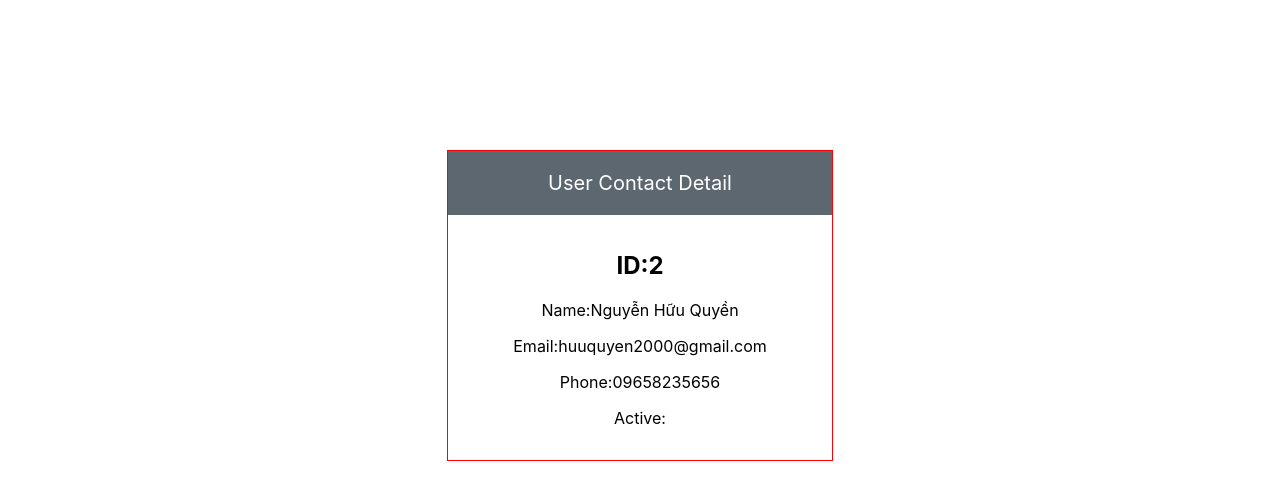
Repository: fdhhhdjd/Redux-Toolkit-CURD-Firebase
Page: /view/2
An editor plug-in stored every save of this project. The page is shown before and after the next save, followed by the edit.
The browser window is 1280 px wide. The pictures show the whole page.
The project was rebuilt for these pictures with package versions that can differ from the ones it lists, and the page was loaded fresh each time. Also part of the build but not shown: src/Styles/Home.css, src/Component/Home.js, src/Styles/AddEdit.css, src/Component/AddEdit.js.

Above is the page before, as saved 2021-10-24 21:52:45.

### src/index.js
import React from "react";
import ReactDOM from "react-dom";
import "./index.css";
import App from "./App";
import store from "./Redux/Store";
import { Provider } from "react-redux";
import * as serviceWorker from "./serviceWorker";

ReactDOM.render(
  <React.StrictMode>
    <Provider store={store}>
      <App />
    </Provider>
  </React.StrictMode>,
  document.getElementById("root")
);

// If you want your app to work offline and load faster, you can change
// unregister() to register() below. Note this comes with some pitfalls.
// Learn more about service workers: https://bit.ly/CRA-PWA
serviceWorker.unregister();

### src/App.js
import React from "react";
import "./App.css";
import { BrowserRouter, Switch, Route } from "react-router-dom";
import { ToastContainer } from "react-toastify";
import "react-toastify/dist/ReactToastify.css";
import { Home, View, AddEdit } from "./import/Index";
function App() {
  return (
    <>
      <BrowserRouter>
        <div className="App">
          <ToastContainer position="top-center" />
          <Switch>
            <Route exact path="/" component={Home} />
            <Route path="/add" component={AddEdit} />
            <Route path="/update/:id" component={AddEdit} />
            <Route path="/view/:id" component={View} />
          </Switch>
        </div>
      </BrowserRouter>
    </>
  );
}

export default App;

### src/Redux/Store.js
import { configureStore, createStore } from "@reduxjs/toolkit";
import logger from "redux-logger";
import thunk from "redux-thunk";
import { composeWithDevTools } from "redux-devtools-extension";
import ContactReducer from "./ContactSlice";
const middleware = [thunk];
if (process.env.NODE_ENV === "development") {
  middleware.push(logger);
}
const store = configureStore({
  reducer: {
    todos: ContactReducer,
    middleware: [logger],
  },
});

export default store;

### src/import/Index.js
export { default as Home } from "../Component/Home";
export { default as AddEdit } from "../Component/AddEdit";
export { default as View } from "../Component/View";

### src/Redux/ContactSlice.js
import { createSlice, createAsyncThunk } from "@reduxjs/toolkit";
import { v4 as uuidv4 } from "uuid";
import { nanoid } from "nanoid";
const initialState = {
  contacts: [
    {
      id: 1,
      name: "Nguyễn Tiến Tài",
      email: "nguyentientai10@gmai.com",
      phone: "0798805741",
      status: "Active",
    },
    {
      id: 2,
      name: "Nguyễn Hữu Quyền",
      email: "huuquyen2000@gmail.com",
      phone: "09658235656",
      status: "Inactive",
    },
    {
      id: 3,
      name: "Nguyễn Bảo Khang",
      email: "jbaokhangdesigner@gmail.com",
      phone: "0353263452",
      status: "Active",
    },
    {
      id: 4,
      name: "Bùi Huỳnh Quốc Trung	",
      email: "quoctrung@gmail.com",
      phone: "0348561815",
      status: "Inactive",
    },
    {
      id: 5,
      name: "Trần Phi Hoàng",
      email: "phihoang1@gmail.com",
      phone: "0936095986",
      status: "Active",
    },
  ],
  contact: {
    name: "",
    email: "",
    phone: "",
    status: "",
  },
};
const TodoSlice = createSlice({
  name: "todos",
  initialState,
  reducers: {
    getContact: (state, action) => {
      state.contact = state.contacts.find((item) => item.id == action.payload);
    },
    addContact: (state, action) => {
      const newData = { ...action.payload, id: uuidv4() };
      state.contacts = [...state.contacts, newData];
    },
    deleteContact: (state, action) => {
      state.contacts = state.contacts.filter(
        (item) => item.id !== action.payload
      );
    },
    updateContact: (state, action) => {
      state.contacts = state.contacts.map((item) =>
        item.id === action.payload.id ? action.payload : item
      );
    },
  },
});
const ContactReducer = TodoSlice.reducer;
export const { addContact, deleteContact, getContact, updateContact } =
  TodoSlice.actions;
export const GetTodo = (state) => state.todos;
export default ContactReducer;

### src/Component/View.js
import React, { useEffect, useState } from "react";
import { useParams } from "react-router";
import "../Styles/View.css";
import { Link } from "react-router-dom";
import { getContact, GetTodo } from "../Redux/ContactSlice";
import { useDispatch, useSelector } from "react-redux";

const View = () => {
  const [user, setUser] = useState({});
  const { contact } = useSelector(GetTodo);
  const { id } = useParams();
  const dispatch = useDispatch();
  useEffect(() => {
    dispatch(getContact(id));
    setUser({ ...contact });
  }, [id, contact]);

  return (
    <>
      <div style={{ marginTop: "150px" }}>
        <div className="card">
          <div className="card-header">
            <p>User Contact Detail</p>
          </div>
          {/* <div className="container">
            <strong>ID: </strong>
            <span>{id}</span>
            <br />
            <br />
            <strong>Name: </strong>
            <span>{user.name}</span>
            <br />
            <br />
            <strong>Email: </strong>
            <span>{user.email}</span>
            <br />
            <br />
            <strong>Status: </strong>
            <span>{user.status}</span>
            <br />
            <br />
            <strong>Phone: </strong>
            <span>{user.phone}</span>
            <br />
            <br />
            <Link to="/">
              <button className="btn btn-edit">Go Back</button>
            </Link>
          </div> */}
          <div class="col-wrap">
            <div class="col">
              <h2>ID:{id}</h2>
              <p>Name:{user.name}</p>
              <p>Email:{user.email} </p>
              <p>Phone:{user.phone}</p>
              <p>Active:{user.active}</p>
            </div>
          </div>
        </div>
      </div>
    </>
  );
};

export default View;

### src/Styles/View.css
.card {
    width: 30%;
    display: flex;
    flex-direction: column;
    border: 1px red solid;
    align-content: center;
    margin: 0 auto;
  }

  .card-header {
    height: 30%;
    background: #5d6770;
    color: white;
    text-align: center;
  }

  .card-header p {
    font-size: 20px;
  }
  .container {
    padding: 4px 16px;
  }

  .col-wrap {
    display: table;
    width: 100%;
  }

  .col {
    display: table-cell;
    padding: 1rem
  }
  .col:nth-child(even){
    background-color:orange;
  }
  .col:nth-child(odd){
    background-color:white;
  }

Loaded but not shown: public/index.html (common file); src/index.css (common file); src/serviceWorker.js (common file); src/App.css (common file)

After the next save:
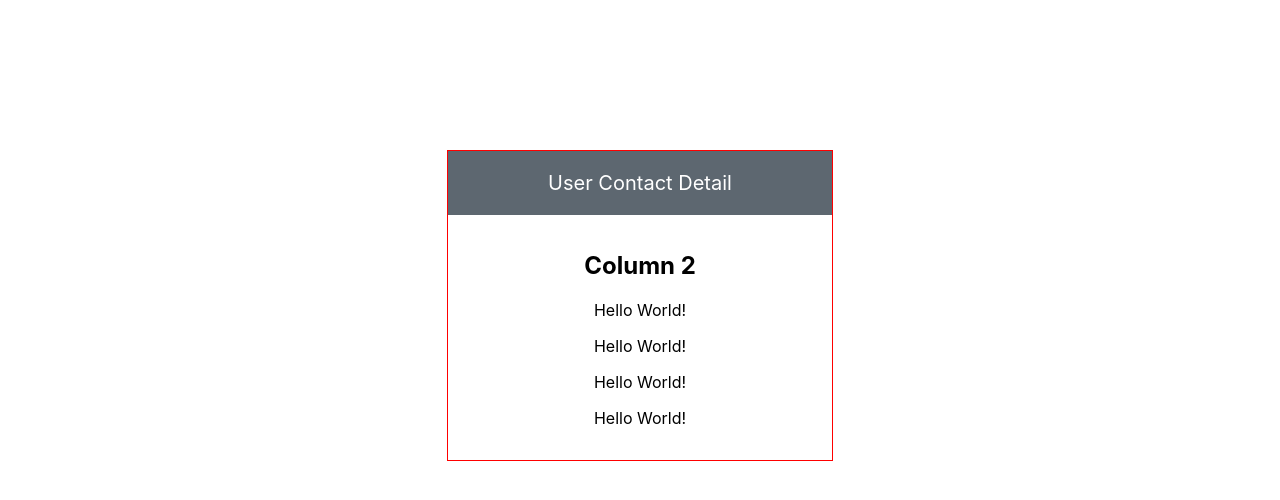
Saved 13 s later.
--- a/src/Component/View.js
+++ b/src/Component/View.js
@@ -49,11 +49,11 @@
           </div> */}
           <div class="col-wrap">
             <div class="col">
-              <h2>ID:{id}</h2>
-              <p>Name:{user.name}</p>
-              <p>Email:{user.email} </p>
-              <p>Phone:{user.phone}</p>
-              <p>Active:{user.active}</p>
+              <h2>Column 2</h2>
+              <p>Hello World!</p>
+              <p>Hello World!</p>
+              <p>Hello World!</p>
+              <p>Hello World!</p>
             </div>
           </div>
         </div>

After the save that followed:
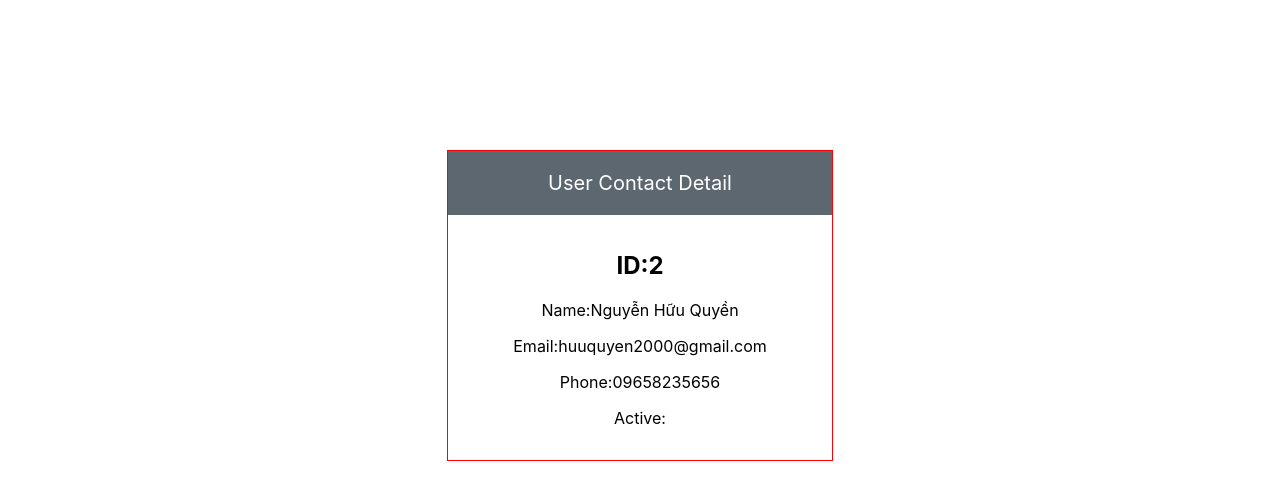
Saved 5 s later.
--- a/src/Component/View.js
+++ b/src/Component/View.js
@@ -49,11 +49,11 @@
           </div> */}
           <div class="col-wrap">
             <div class="col">
-              <h2>Column 2</h2>
-              <p>Hello World!</p>
-              <p>Hello World!</p>
-              <p>Hello World!</p>
-              <p>Hello World!</p>
+              <h2>ID:{id}</h2>
+              <p>Name:{user.name}</p>
+              <p>Email:{user.email} </p>
+              <p>Phone:{user.phone}</p>
+              <p>Active:{user.active}</p>
             </div>
           </div>
         </div>
